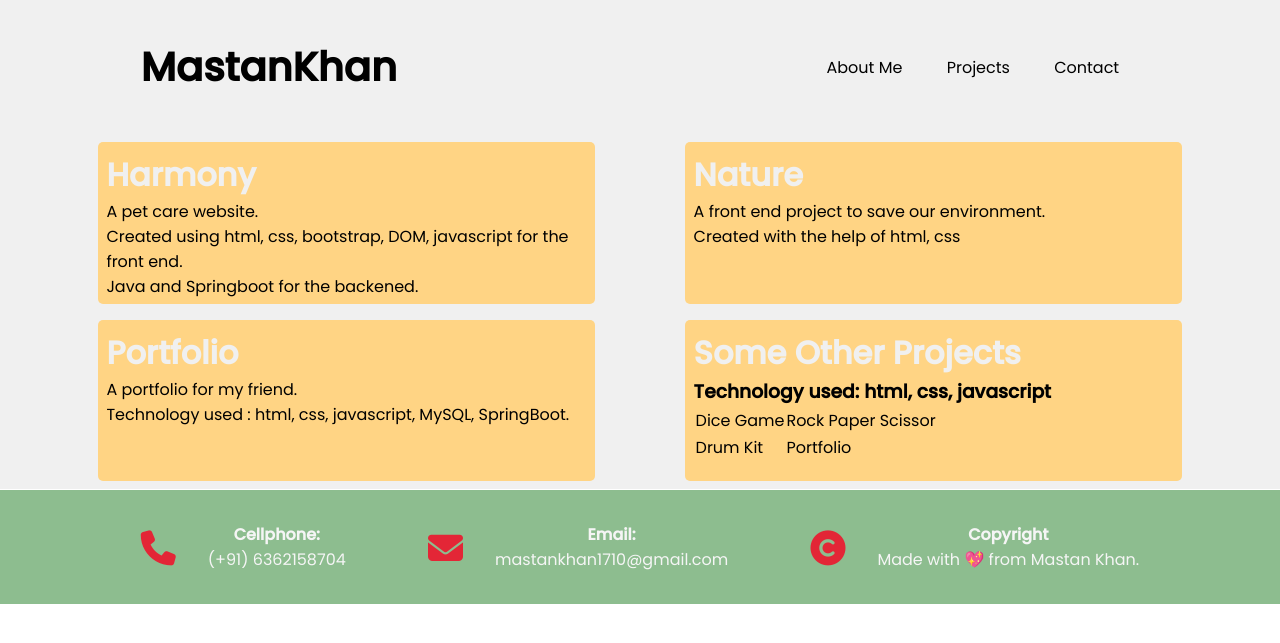
Repository: MastanKhan1/my_resume
Page: http://localhost/projects
These files come from the project's save history. The page is drawn as it stood at one moment and after the next save; the edit follows.
The browser window is 1280 px wide. The pictures show the whole page.
Some web fonts or font styles are not loaded; a fallback is used. The page is this project's Thymeleaf template; nobody is signed in. The template is opened directly, without the code that normally fills it, so the values that code supplies are empty.

Above is the page before, as saved 2023-10-06 07:16:55.

After the next save:
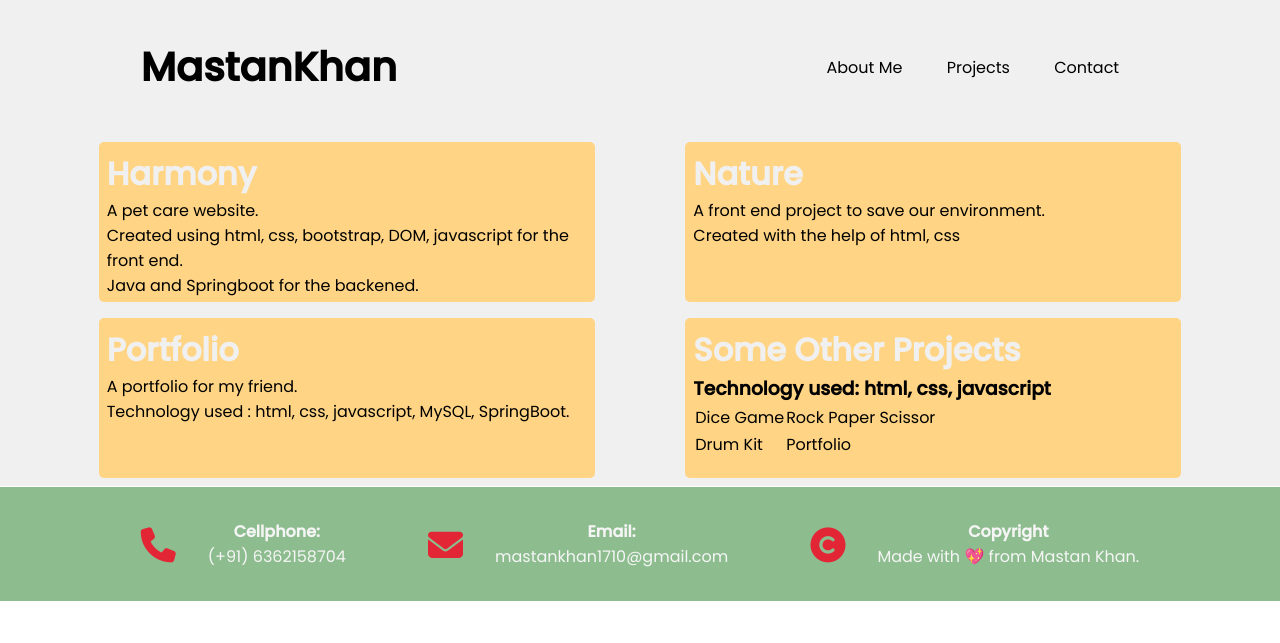
Saved 9 s later.
--- a/portfolio/src/main/resources/static/styles.css
+++ b/portfolio/src/main/resources/static/styles.css
@@ -243,7 +243,7 @@ i{
     width: 30rem;
     height: 9rem;
     margin: 0.5rem;
-    padding: 0.55rem;
+    padding: 0.5rem;
     border-radius: 5px;
     /* background-image: linear-gradient(to bottom, #FFA500, #ffca68); */
     background-color: #ffd484;
